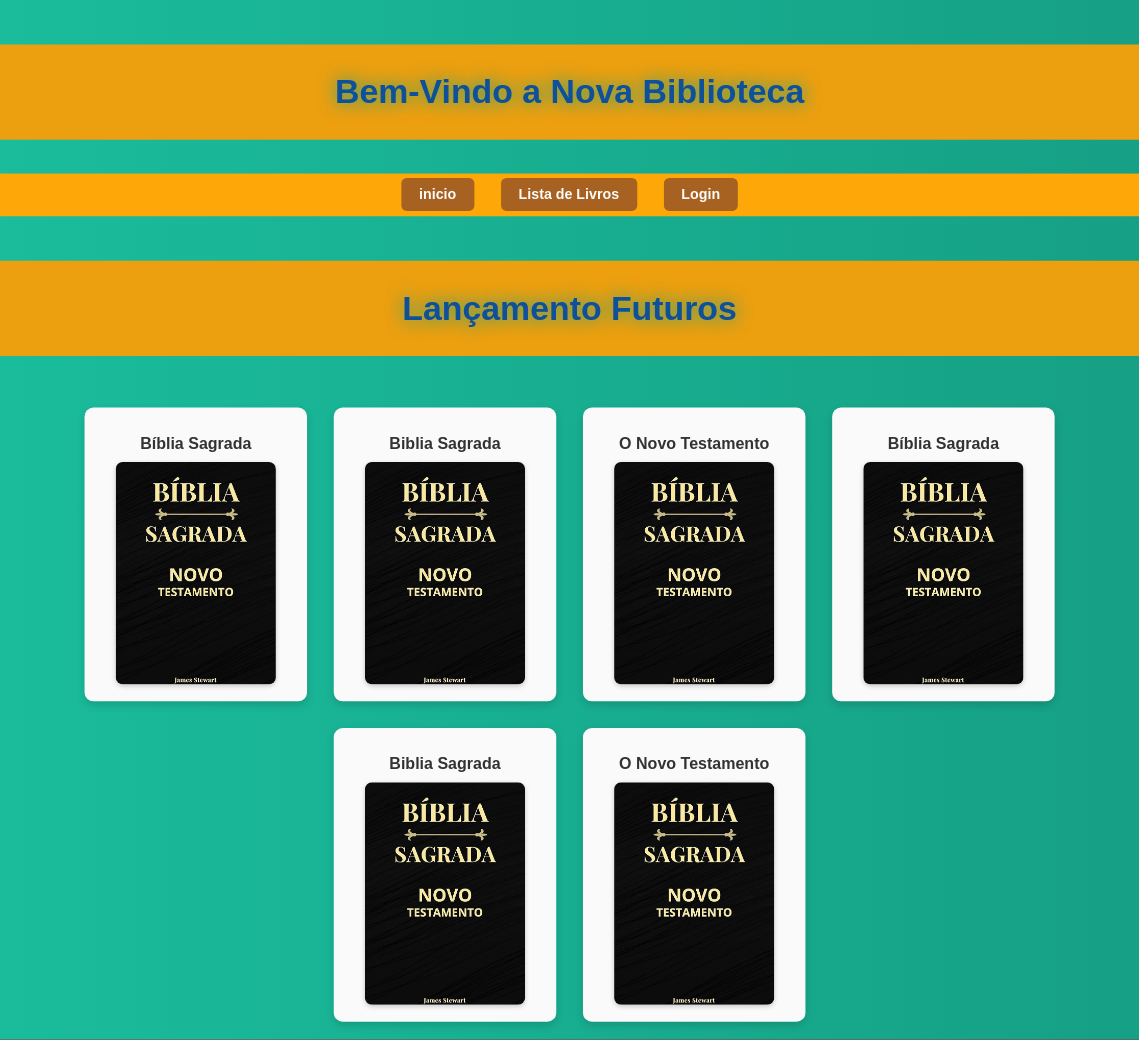
Repository: cleytonds/Biblioteca
Page: templates/Biblioteca_usuario.HTML
These files come from the project's save history. The page is drawn as it stood at one moment and after a run of saves; the edit follows.
The browser window is 1280 px wide. The pictures show the whole page, at 89% of full size.

Above is the page before, as saved 2025-11-17 11:55:03.

### templates/Biblioteca_usuario.HTML
<!DOCTYPE html>
<html lang="en">
<head>
    <meta charset="UTF-8">
    <meta name="viewport" content="width=device-width, initial-scale=1.0">
    <title>Biblioteca</title>
    <link rel="stylesheet" href="../Static/indexStyle.css">
    <link rel="stylesheet" href="/Biblioteca/app.py">




</head>
<body>
    <!--inicio da pagina-->
    <h1>Bem-Vindo a Nova Biblioteca </h1>

    <al class="menu">
        <li><a href="Biblioteca_usuario.HTML"> inicio</a></li>
        <li><a href="lista_livros.HTML">Lista de Livros</a></li>
        <li><a href="login.HTML">Login</a></li>

    </al>


   <main>
        <h1>Lançamento Futuros</h1>
        <section>
         <article>
            <h2>Bíblia Sagrada</h2>
            <img src="nono.jpg" alt="Biblia sagrada">
         </article>

         <aside>
            <h2>Biblia Sagrada</h2>
            <img src="nono.jpg" alt="Biblia Sagrada">
         </aside>

         <article>
            <h2>O Novo Testamento</h2>
            <img src="nono.jpg" alt="Novo testamento">
         </article>
         <article>
            <h2>Bíblia Sagrada</h2>
            <img src="nono.jpg" alt="Biblia sagrada">
         </article>

         <aside>
            <h2>Biblia Sagrada</h2>
            <img src="nono.jpg" alt="Biblia Sagrada">
         </aside>

         <article>
            <h2>O Novo Testamento</h2>
            <img src="nono.jpg" alt="Novo testamento">
         </article>
        </section>
   </main>


</body>
</html>

### Static/indexStyle.css
/*cor do nome principal da pagina*/
@keyframes brilho{
    0%{ text-shadow: 0 0 10px #1abc9c;}
    50%{ text-shadow: 0 0 20px #16a085;}
    100%{ text-shadow: 0 0 10px #1abc9c;}
}

@import url('https://fonts.googleapis.com/css2?family=Poppins:wght@600&family=Montserrat:wght@500&display=swap');


/*margem da pagina*/
h1{
    margin-bottom: 38px;

}
.titulo{
    font-family: 'montserrat',sans-serif;
}

/*cores do menu da pagina*/
h1{
    padding: 2rem;
    background-color: rgb(236, 159, 15);
    text-align: center;
}
/*estiolo dos titulos*/
h1{
    font-family:'Poppins',sans-serif;
    font-size: 38px;
    color: #0f509b;
    text-align: center;
    margin-top: 50px;
    animation: brilho 2s infinite alternate;

}

/*estilo do fundo da pag*/
body{
    background: linear-gradient(to right, #1abc9c, #16a085);/*cor fundo da pagina*/

}
/*cores do menu da pagina*/

button{
    display: flex;
    height: 100%;
    background-color: #eff1ef;
    color: #0303ff;
    text-align: center;
    margin-block-end: 12px;

}
body {
    margin: 0;
    font-family: Arial, sans-serif;
    background-color: #fdfdfd;

}

/*opções de menu*/
.menu{
    list-style: none; /*tira os marcadores*/
    padding: 0;
    margin: 0;
    display: flex;          /* coloca os itens lado a lado */
    justify-content: center; /* centraliza no meio da tela */
    gap: 30px;                  /* espaço entre os botões */
    background-color:  rgb(253, 167, 8);  /* cor da barra de menu */
    padding: 15px 0;

}
/*estilo dos linrs (botões)*/
.menu li a {
    text-decoration: none;
    color: rgb(252, 252, 252);
    font-weight: bold;
    padding: 10px 20px;
    border-radius: 6px;
    background-color: #a76222;
    transition: backgronud 0.3s, transform 0.2s;

}
/*Efeito houver (ao passar o mouse)*/
.menu li a:hover{
    background-color: #1abc9c;
    transform: scale(1.05);
}
body {
    background-color: #eeeeee;
    font-family: Arial, Helvetica, sans-serif;

}
/* Estilo geral */
body {
    background-color: #973838;
    font-family: Arial, sans-serif;
    margin: 0;
    padding: 0;
}

/* A section é o container das imagens */
section {
    display: flex;                /* Coloca lado a lado */
    justify-content: center;      /* Centraliza horizontalmente */
    align-items: flex-start;      /* Alinha pelo topo */
    gap: 30px;                    /* Espaço entre os elementos */
    flex-wrap: wrap;              /* Quebra linha se a tela for pequena */
    padding: 20px;
}

/* Cada article e aside se comportam como caixinhas */
article, aside {
    background-color: rgb(250, 250, 250);
    border-radius: 10px;
    box-shadow: 0 4px 10px rgba(0,0,0,0.15);
    text-align: center;
    padding: 15px;
    width: 220px;                 /* Largura fixa de cada bloco */
    transition: transform 0.3s ease;
}

/* Efeito de destaque ao passar o mouse */
article:hover, aside:hover {
    transform: scale(1.05);
}

/* Título de cada livro */
h2 {
    font-size: 18px;
    color: #333;
    margin-bottom: 10px;
}

/* Estilo da imagem */
img {
    width: 180px;                 /* Diminui o tamanho da imagem */
    height: 250px;                /* Altura proporcional */
    object-fit: cover;            /* Corta imagem mantendo o formato */
    border-radius: 8px;
    box-shadow: 0 2px 6px rgba(0,0,0,0.2);
}
@media (max-width: 768px) {
    section {
        flex-direction: column;
        align-items: center;
    }

    article, aside {
        width: 80%;
    }

    img {
        width: 100%;
        height: auto;
    }
}

After the next 3 saves:
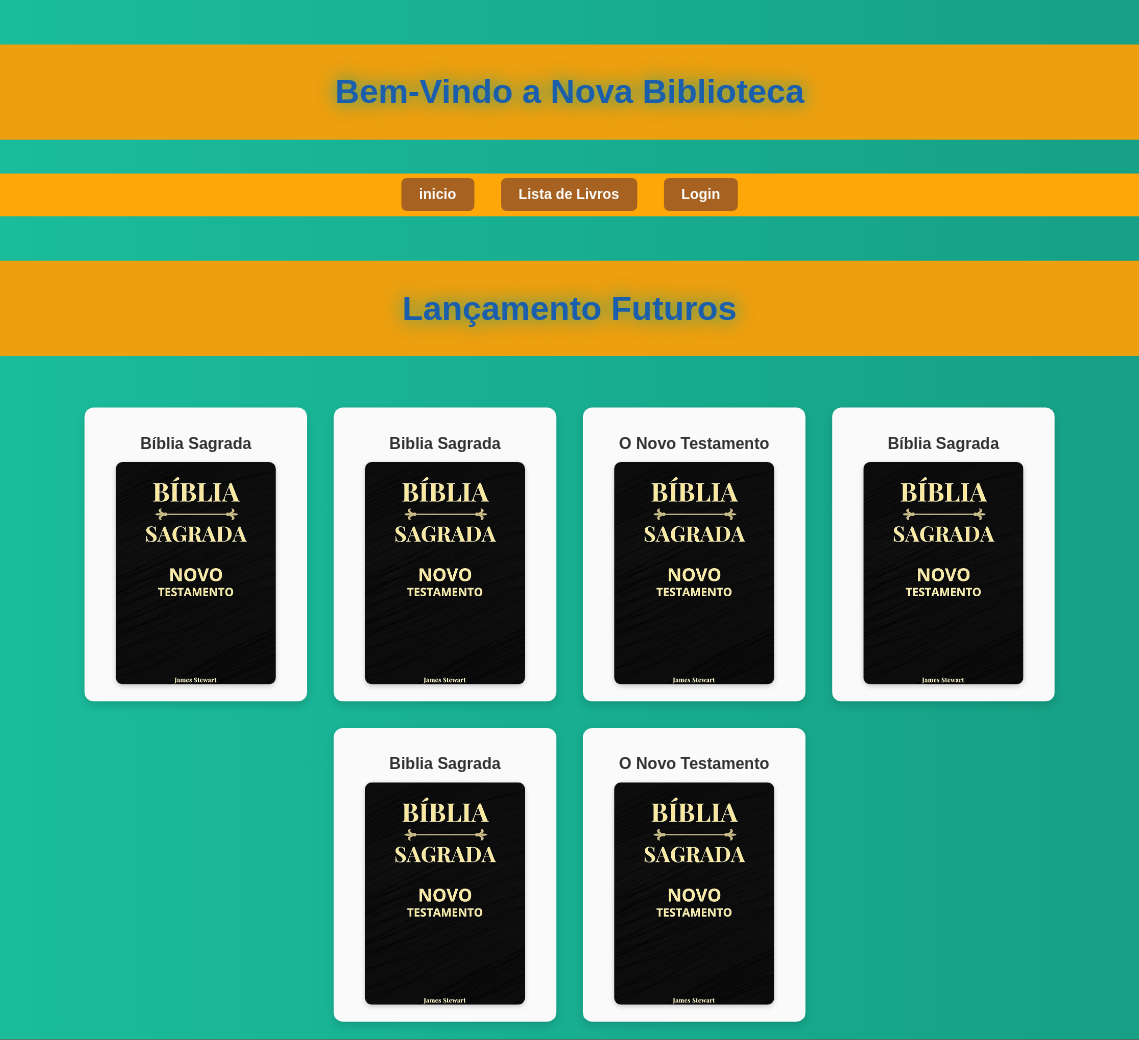
The 3 saves are shown as one change because they came seconds apart.
The last was saved 40 s later.
--- a/Static/indexStyle.css
+++ b/Static/indexStyle.css
@@ -27,7 +27,7 @@ h1{
 h1{
     font-family:'Poppins',sans-serif;
     font-size: 38px;
-    color: #0f509b;
+    color: #1a5eac;
     text-align: center;
     margin-top: 50px;
     animation: brilho 2s infinite alternate;
